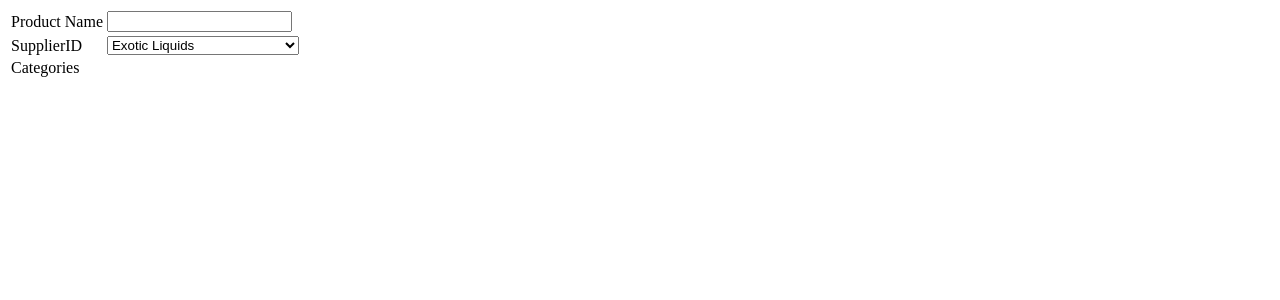
Repository: kaza1509/PRJ301
Page: SE1613/web/addProducts.html
These files come from the project's save history. The page is drawn as it stood at one moment and after the next save; the edit follows.
The browser window is 1280 px wide. The pictures show the whole page.

Above is the page before, as saved 2022-01-19 16:47:50.

### SE1613/web/addProducts.html
<!DOCTYPE html>
<html lang="en">
    <head>
        <meta charset="UTF-8">
        <meta http-equiv="X-UA-Compatible" content="IE=edge">
        <meta name="viewport" content="width=device-width, initial-scale=1.0">
        <title>Document</title>
    </head>
    <body>
        <table>
            <tr>
                <td>Product Name</td>
                <td>
                    <input type="text">
                </td>
            </tr>
            <tr>
                <td>SupplierID</td>
                <td>
                    <select name="" id="SupplierID">
                        <option value="1">Exotic Liquids</option>
                        <option value="2">New Orleans Cajun Delights</option>
                        <option value="3">Grandma Kelly's Homestead</option>
                    </select>
                </td>
            </tr>
            <tr>
                <td>Categories</td>
                <td>

                </td>
            </tr>
            <tr>
                <td></td>
                <td></td>
            </tr>
            <tr>
                <td></td>
                <td></td>
            </tr>
            <tr>
                <td></td>
                <td></td>
            </tr>
            <tr>
                <td></td>
                <td></td>
            </tr>
            <tr>
                <td></td>
                <td></td>
            </tr>
            <tr>
                <td></td>
                <td></td>
            </tr>
        </table>
    </body>
</html>

After the next save:
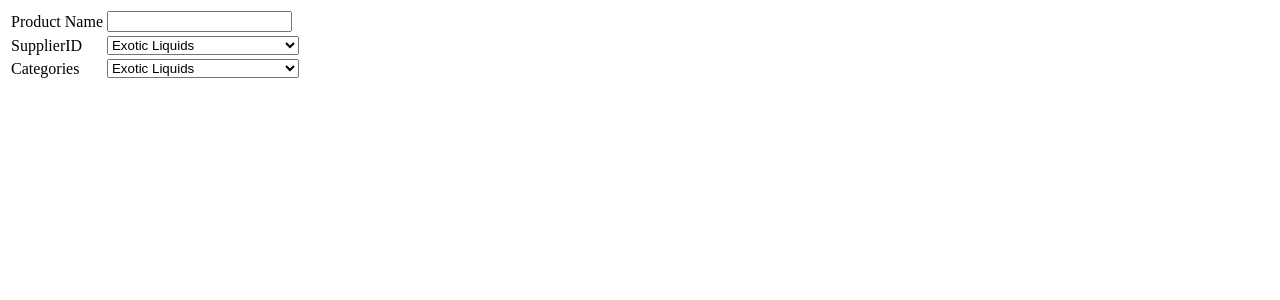
Saved 7 s later.
--- a/SE1613/web/addProducts.html
+++ b/SE1613/web/addProducts.html
@@ -27,7 +27,11 @@
             <tr>
                 <td>Categories</td>
                 <td>
-
+                    <select name="" id="SupplierID">
+                        <option value="1">Exotic Liquids</option>
+                        <option value="2">New Orleans Cajun Delights</option>
+                        <option value="3">Grandma Kelly's Homestead</option>
+                    </select>
                 </td>
             </tr>
             <tr>
